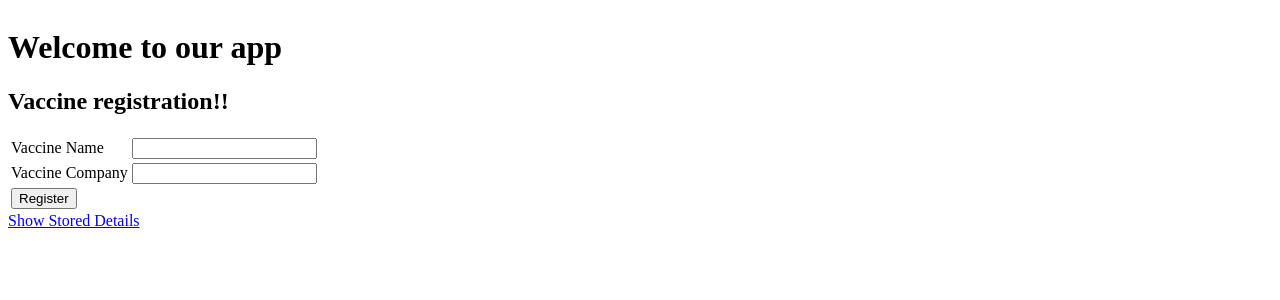
Repository: sultanaNargis03/IndustryReadyJavaSpringBoot
Page: Servlet/workspace/SessionMangement/src/main/webapp/index.html
The author's editor kept a copy of each file at every save. The page is drawn from the files as they stood at one save, then again after the next save.
The browser window is 1280 px wide. The pictures show the whole page.

Above is the page before, as saved 2023-12-06 16:04:24.

After the next save:
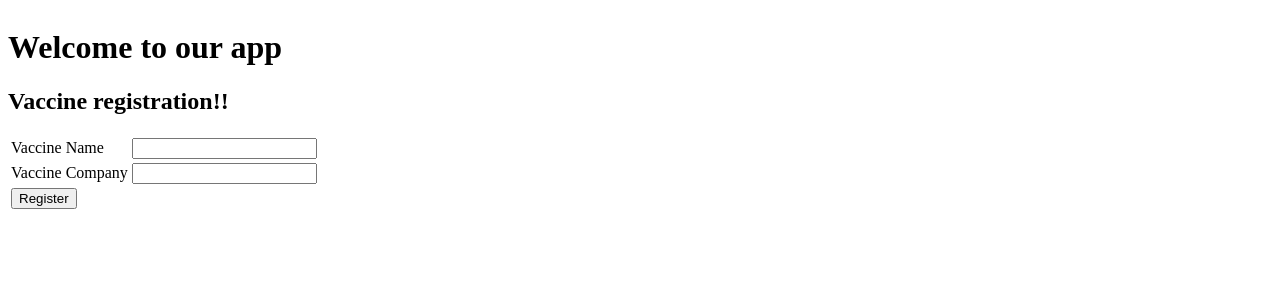
Saved 83 s later.
--- a/Servlet/workspace/SessionMangement/src/main/webapp/index.html
+++ b/Servlet/workspace/SessionMangement/src/main/webapp/index.html
@@ -23,6 +23,6 @@
 		</tr>
 	</table>
 </form>
-<a href="./Request2">Show Stored Details</a>
+
 </body>
 </html>
